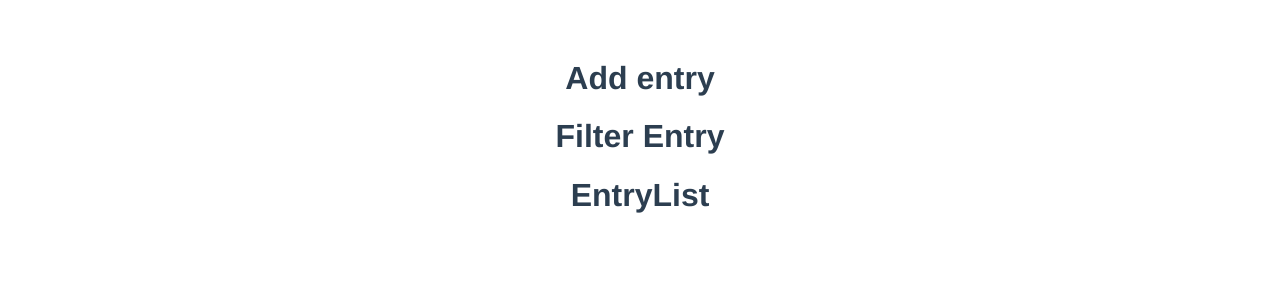
Repository: Madaless/vue_elastic
Page: / (app in vuejsapp/crudapp/)
An editor plug-in stored every save of this project. The page is shown before and after the next save, followed by the edit.
The browser window is 1280 px wide. The pictures show the whole page.
The page's requests for data from a server got no answer. The project was rebuilt for these pictures with package versions that can differ from the ones it lists, and the page was loaded fresh each time. No one was signed in, and anything a server would have sent is missing.

Above is the page before, as saved 2021-09-09 01:03:56.

After the next save:
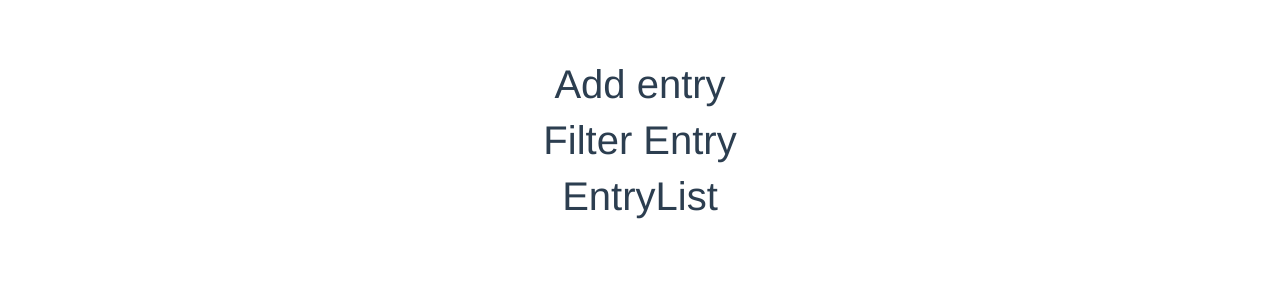
Saved 13 h 35 min later.
--- a/vuejsapp/crudapp/src/main.js
+++ b/vuejsapp/crudapp/src/main.js
@@ -1,7 +1,16 @@
 import Vue from 'vue'
 import App from './App.vue'
 import store from  './store/index'
+import { BootstrapVue, IconsPlugin } from 'bootstrap-vue'
 
+// Import Bootstrap an BootstrapVue CSS files (order is important)
+import 'bootstrap/dist/css/bootstrap.css'
+import 'bootstrap-vue/dist/bootstrap-vue.css'
+
+// Make BootstrapVue available throughout your project
+Vue.use(BootstrapVue)
+// Optionally install the BootstrapVue icon components plugin
+Vue.use(IconsPlugin)
 Vue.config.productionTip = false
 
 new Vue({
